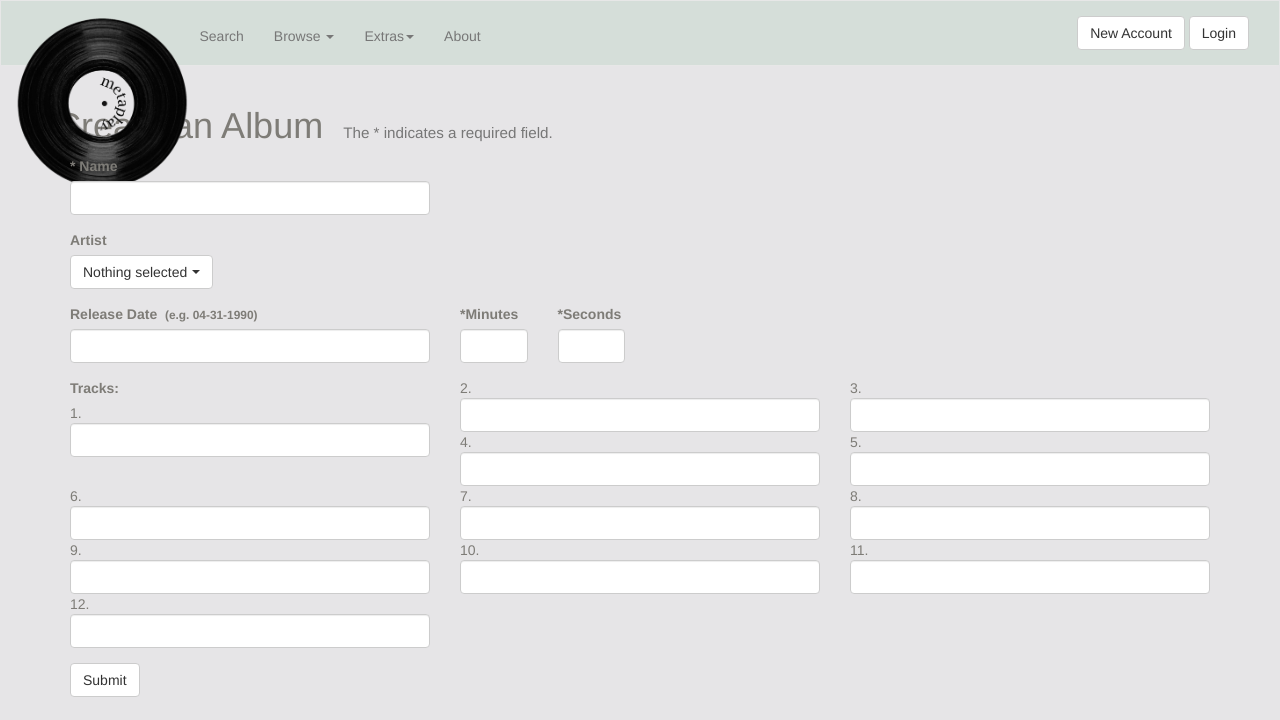
Repository: dRiott/Metaplay
Page: http://localhost/metaplay/WEB-INF/views/album_add.jsp
These files come from the project's save history. The page is drawn as it stood at one moment and after a run of saves; the edit follows.
The browser window is 1280 px wide. The pictures show the whole page.
Some web libraries are served in a nearby version. The page is served by Tomcat 9. Nobody is signed in. Other server files are loaded and not shown. The template is opened directly, without the code that normally fills it, so the values that code supplies are empty.

Above is the page before, as saved 2015-09-29 20:32:09.
Console error: TypeError: Cannot set properties of null (setting 'value')

### metaplay/src/main/webapp/WEB-INF/views/album_add.jsp
<%@ page language="java" contentType="text/html; charset=ISO-8859-1"
	pageEncoding="ISO-8859-1"%>
<%@ taglib uri="http://www.springframework.org/tags" prefix="spring"%>
<%@ taglib uri="http://www.springframework.org/tags/form" prefix="form"%>
<%@ taglib prefix="c" uri="http://java.sun.com/jsp/jstl/core"%>

<!DOCTYPE html>
<html>
<head>
<meta http-equiv="Content-Type" content="text/html; charset=ISO-8859-1">
<title>Album Manager</title>

<link rel="stylesheet" href="https://maxcdn.bootstrapcdn.com/bootstrap/3.3.4/css/bootstrap.min.css">
<link rel="stylesheet" href="<spring:url value="/resources/css/home.css"/>" type="text/css" />
<link rel="stylesheet" href="<spring:url value="/resources/css/bootstrap-select.min.css"/>" type="text/css" />
<script src="https://ajax.googleapis.com/ajax/libs/jquery/1.11.2/jquery.min.js"></script>
<script src="https://maxcdn.bootstrapcdn.com/bootstrap/3.3.4/js/bootstrap.min.js"></script>
<script src="<spring:url value="/resources/js/bootstrap-select.min.js"/>"></script>

</head>
<body>

	<jsp:include page="../views/fragments/landingPageFragment.jsp"></jsp:include>

	<div class="container">

		<div class="row">
			<h1>Create an Album&nbsp&nbsp<small><small>The * indicates a required field.</small></small></h1>
		</div>

		<spring:url value="/album/review" var="thisFormURL" />
		<form:form action="${thisFormURL}" method="post" modelAttribute="createAlbumWrapper" onsubmit="return validate(this);">
		<form:errors path="*" element="div" cssClass="errors"/>
	        	<div class="form-group">
					<div class="row">
						<div class="col-md-4">
							<label for="albumName">* Name</label>
							<form:input type="text" path="name" id="albumName" cssClass="form-control" cssErrorClass="has-error"/>
						</div>
					</div>
					<div class="form-group" style="float:clear;"></div>

						<!-- BEGIN Artist -->
					<div class="row">
						<div class="col-md-1">
							<label for="albumArtistName">Artist</label>
							<form:select path="artistFromList" cssClass="selectpicker" id="albumArtistName" >
								<form:options items="${artistOptions}" />
							</form:select>
						</div>
					</div>
					<div class="form-group" style="float:clear;"></div>
					<div class="form-group" id="newAlbumArtistName" style="display:none;">
						<hr/>
						<label for="newAlbumArtistName" style="font-style:italic;">New Artist:</label>
						<form:input cssClass="form-control" type="text" path="theNewArtist" id="newAlbumArtistNameInput" cssErrorClass="has-error" />
					<div class="form-group" style="float:clear;"></div>
						<label for="newAlbumArtistButton" style="font-style:italic;">Or...</label>
						<a href="<spring:url value="/artist/add"/>" class="btn btn-default">Go To Add Artist Page</a>
						<hr/>
					</div>
					<!-- END Artist -->

					<div class="form-group" style="float:clear;"></div>

					<div class="row">
						<div class="col-md-4">
							<label for="albumReleaseDate">Release Date&nbsp&nbsp<small>(e.g. 04-31-1990)</small></label>
							<form:input path="releaseDate" cssClass="form-control"
								id="albumReleaseDate" />
						</div>

						<div class="col-md-1">
							<label for="albumLengthMinutes">*Minutes</label>
							<form:input path="lengthMinutes" id="albumLengthSeconds"  cssClass="form-control"/>
						</div>

						<div class="col-md-1">
							<label for="albumLengthSeconds">*Seconds</label>
							<form:input path="lengthSeconds" id="albumLengthSeconds" cssClass="form-control"/>
						</div>
					</div>

					<div class="form-group" style="float:clear;"></div>

					<div class="row">
						<div class="col-md-4 showNextTrack">
							<label for="albumTrack">Tracks: </label>
							<span>1. </span>
							<form:input path="tracks[0].name" cssClass="form-control" id="albumTrack1" />
						</div>
						<div class="col-md-4 showNextTrack">
							<span>2. </span>
							<form:input path="tracks[1].name" cssClass="form-control" id="albumTrack2" />
						</div>
						<div class="col-md-4 showNextTrack">
							<span>3. </span>
							<form:input path="tracks[2].name" cssClass="form-control" id="albumTrack3" />
						</div>
						<div class="col-md-4 showNextTrack">
							<span>4. </span>
							<form:input path="tracks[3].name" cssClass="form-control" id="albumTrack4" />
						</div>
						<div class="col-md-4">
							<span>5. </span>
							<form:input path="tracks[4].name" cssClass="form-control" id="albumTrack5" />
						</div>
						<div class="col-md-4">
							<span>6. </span>
							<form:input path="tracks[5].name" cssClass="form-control" id="albumTrack6" />
						</div>
						<div class="col-md-4">
							<span>7. </span>
							<form:input path="tracks[6].name" cssClass="form-control" id="albumTrack7" />
						</div>
						<div class="col-md-4 showNextTrack">
							<span>8. </span>
							<form:input path="tracks[7].name" cssClass="form-control" id="albumTrack8" />
						</div>
						<div class="col-md-4 showNextTrack">
							<span>9. </span>
							<form:input path="tracks[8].name" cssClass="form-control" id="albumTrack9" />
						</div>
						<div class="col-md-4 showNextTrack">
							<span>10. </span>
							<form:input path="tracks[9].name" cssClass="form-control" id="albumTrack10" />
						</div>
						<div class="col-md-4 showNextTrack">
							<span>11. </span>
							<form:input path="tracks[10].name" cssClass="form-control" id="albumTrack11" />
						</div>
						<div class="col-md-4" id="12">
							<span>12. </span>
							<form:input path="tracks[11].name" cssClass="form-control" id="albumTrack12" />
						</div>

						<div class="col-md-4" style="display:none;" id="13">
							<span>13. </span>
							<form:input path="tracks[12].name" cssClass="form-control" id="albumTrack13" />
						</div>
						<div class="col-md-4" style="display:none;" id="14">
							<span>14. </span>
							<form:input path="tracks[13].name" cssClass="form-control" id="albumTrack14" />
						</div>
						<div class="col-md-4" style="display:none;" id="15">
							<span>15. </span>
							<form:input path="tracks[14].name" cssClass="form-control" id="albumTrack15" />
						</div>
						<div class="col-md-4" style="display:none;" id="16">
							<span>16. </span>
							<form:input path="tracks[15].name" cssClass="form-control" id="albumTrack16" />
						</div>
						<div class="col-md-4" style="display:none;" id="17">
							<span>17. </span>
							<form:input path="tracks[16].name" cssClass="form-control" id="albumTrack17" />
						</div>
						<div class="col-md-4" style="display:none;" id="18">
							<span>18. </span>
							<form:input path="tracks[17].name" cssClass="form-control" id="albumTrack18" />
						</div>
						<div class="col-md-4" style="display:none;" id="19">
							<span>19. </span>
							<form:input path="tracks[18].name" cssClass="form-control" id="albumTrack19" />
						</div>
						<div class="col-md-4" style="display:none;" id="20">
							<span>20. </span>
							<form:input path="tracks[19].name" cssClass="form-control" id="albumTrack20" />
						</div>
						<div class="col-md-4" style="display:none;" id="21">
							<span>21. </span>
							<form:input path="tracks[20].name" cssClass="form-control" id="albumTrack21" />
						</div>
						<div class="col-md-4" style="display:none;" id="22">
							<span>22. </span>
							<form:input path="tracks[21].name" cssClass="form-control" id="albumTrack22" />
						</div>
						<div class="col-md-4" style="display:none;" id="23">
							<span>23. </span>
							<form:input path="tracks[22].name" cssClass="form-control" id="albumTrack23" />
						</div>
						<div class="col-md-4" style="display:none;" id="24">
							<span>24. </span>
							<form:input path="tracks[23].name" cssClass="form-control" id="albumTrack24" />
						</div>
						<div class="col-md-4" style="display:none;" id="25">
							<span>25. </span>
							<form:input path="tracks[24].name" cssClass="form-control" id="albumTrack25" />
						</div>
						<div class="col-md-4" style="display:none;" id="26">
							<span>26. </span>
							<form:input path="tracks[25].name" cssClass="form-control" id="albumTrack26" />
						</div>
						<div class="col-md-4" style="display:none;" id="27">
							<span>27. </span>
							<form:input path="tracks[26].name" cssClass="form-control" id="albumTrack27" />
						</div>
						<div class="col-md-4" style="display:none;" id="28">
							<span>28. </span>
							<form:input path="tracks[27].name" cssClass="form-control" id="albumTrack28" />
						</div>
						<div class="col-md-4" style="display:none;" id="29">
							<span>29. </span>
							<form:input path="tracks[28].name" cssClass="form-control" id="albumTrack29" />
						</div>
						<div class="col-md-4" style="display:none;" id="30">
							<span>30. </span>
							<form:input path="tracks[29].name" cssClass="form-control" id="albumTrack30" />
						</div>
					</div>

					<div class="form-group" style="float:clear;"></div>

					<button type="submit" class="btn btn-default">Submit</button>
				</div>
		</form:form>
	</div>

	<script src="<spring:url value="/resources/js/albumAddShowHide.js"/>"></script>

</body>
</html>

### metaplay/src/main/webapp/WEB-INF/views/fragments/landingPageFragment.jsp
<%@ taglib prefix="spring" uri="http://www.springframework.org/tags"%>
<%@ taglib prefix="c" uri="http://java.sun.com/jsp/jstl/core"%>
<%@ taglib uri="http://www.springframework.org/tags/form" prefix="form"%>

<nav class="navbar navbar-default">
	<div class="container-fluid drNavDiv">

		<!-- Logo -->
		<div class="imageLogoDiv" >
			<a class="navbar-brand" href="<spring:url value="/"/>">
				<img class="imageLogo logo" src="<spring:url value="/resources/img/vinylDark.gif" />" id="logo"	alt="logoDark.gif" style="width:auto\9"/>
				<img class="imageLogoLayer logo" src="<spring:url value="/resources/img/vinyl.gif" />" id="logoLightLayer" alt="logoLight.gif" style="width:auto\9"/>
			</a>
		</div>

		<!-- BEGIN HEADER LINKS -->
		<div class="DRnavBarDiv">
			<ul class="nav navbar-nav" style="padding-top: 10px;">

				<!-- Search -->
				<li><a id="searchLink" href="<spring:url value="/search"/>">Search</a></li>

				<!-- Browse -->
				<li class="dropdown"><a href="#" class="dropdown-toggle"
					data-toggle="dropdown" role="button" aria-expanded="false">Browse <span class="caret"></span></a>
					<ul class="dropdown-menu" role="menu">
						<li><a href="<spring:url value="/browse/accounts"/>">Accounts</a></li>
						<li><a href="<spring:url value="/browse/albums"/>">Albums</a></li>
						<li><a href="<spring:url value="/browse/artists"/>">Artists</a></li>
						<li><a href="<spring:url value="/browse/genres"/>">Genres</a></li>
						<li><a href="<spring:url value="/browse/locations"/>">Locations</a></li>
						<li><a href="<spring:url value="/browse/members"/>">Members</a></li>
						<li><a href="<spring:url value="/browse/playlists"/>">Playlists</a></li>
						<li><a href="<spring:url value="/browse/recordlabels"/>">Record Labels</a></li>
						<li><a href="<spring:url value="/browse/tracks"/>">Tracks</a></li>
					</ul>
				</li>

				<!-- More -->
				<li class="dropdown"><a href="#" class="dropdown-toggle"
					data-toggle="dropdown" role="button" aria-expanded="false">Extras<span class="caret"></span></a>
					<ul class="dropdown-menu" role="menu">
						<li><a href="<spring:url value="/payment/process"/>">Payment</a></li>
						<li><a href="<spring:url value="/role/add"/>">Roles</a></li>
					</ul>
				</li>

				<!-- About -->
				<li><a href="<spring:url value="/about"/>">About</a></li>

			</ul>
		</div>

		<!-- Accountname / New Account, Logout -->
		<c:set var="authentication" value="${pageContext.request.userPrincipal}"/>
		<c:choose>
			<c:when test="${authentication!=null}">
				<c:set var="currentUser" value="${authentication.name}"/>
				<c:url var="logoutUrl" value="/logout"/>
				<!-- Form MUST BE A POST TO PROTECT AGAINST CROSS-SITE REQUEST FORGERY -->
				<form:form class="navbar-form pull-right" action="${logoutUrl}" method="post">
					<input type="submit" class="btn btn-default drHeaderButton" value="Logout" />
				</form:form>
				<p class="navbar-text pull-right">
					<c:out value="${currentUser}"/>
				</p>
			</c:when>
			<c:otherwise>
				<p class="navbar-text pull-right">
					<c:url value="/account/add" var="accountAddUrl"/>
					<c:url value="/account/login" var="loginUrl"/>
					<a href="${accountAddUrl}" class="btn btn-default drHeaderButton">New Account</a>
					<a href="${loginUrl}" class="btn btn-default drHeaderButton">Login</a>
				</p>
			</c:otherwise>
		</c:choose>

	</div>
</nav>

### metaplay/src/main/webapp/resources/css/home.css
/**
The padding for the main containers are all set with javascript in footer.js based on the position of the Search nav item.
*/

html {
    /*prevents horizontal scrolling*/
    max-width: 100%;
    overflow-x: hidden;
}

body {
	background: #e6e5e7 fixed bottom right no-repeat;
	background-size: 500px Auto;
	font-family: Helvetica Neue, Helvetica, Arial, sans-serif;
    color: #7E7C77;

    /*prevents horizontal scrolling*/
    max-width: 100%;
    overflow-x: hidden;
}

audio {
    background-color: #EEEEEE;
}

/* hr elements appear on browsing pages, and occasionally add pages. */
hr {
    margin-left:0;
    width: 40%;
}

/* styling of the anchor tags */
a {
  text-decoration: inherit;
  font-style: inherit;
  color: #6c9985;
}

a:hover {
 text-decoration: underline;
 color: #618975;
}

/* a:visited {
	border: none;
	text-decoration: none;
	font-style: normal;
	color: #FC9D9A;
} */

/* e.g. on about.jsp */
a.mono {
    font-family: monospace, sans-serif;
    font-style: italic;
}

/* any input box -- set to change the shadow and border */
.form-control:focus {
  border-color: #99B2B7;
  box-shadow: inset 0 1px 1px rgba(0, 0, 0, 0.075), 0 0 8px rgba(153,178,183, 0.6);
}

/* h1 at the top of almost every page. */
.dH1 {
    font-family: Helvetica Neue, Helvetica, Arial, sans-serif;
    font-style: italic;
    color: #7E7C77;
    /* slategray; Pachyderm by Yasmino: #7A6A53 */
}

.drHeaderButton {
	/* css for the buttons in the header navbar*/
}

/* header nav bar! */
.drNavDiv {
	/*
	dark grey blue: C5E0DC
	grey green: #D5DED9
	bond: #D5DED9
	current fave: #C5E0DC
	*/
	background-color:#D5DED9;
	color: #948C75;
}

/* used for notifying the user of certain privileges they don't have if they're not logged in or have the right role. */
.drSecurity {
    font-family: monospace, sans-serif;
    font-style: italic;
    color: #7E7C77;
}


/* any span used for slight horizontal spacing */
.dSpan {
    padding-left: 10px;
}

/* spacing to clear left of the logo */
.DRnavBarDiv{
	padding-left: 13.5%;
}

/* div containing the logo */
.imageLogoDiv{
	display:block;
	clear:right;
}

/* logo itself: under-layer */
.imageLogo {
	width:13.5%;
	max-width:180px;
	position: absolute;
    clear: both;
   	height:auto;

    /* Spin only the record, not the glossy logoLayer.*/
	-webkit-animation:spin 4s linear infinite;
    -moz-animation:spin 4s linear infinite;
    animation:spin 4s linear infinite;
}

/* Spin the Logo! */
@-moz-keyframes spin { 100% { -moz-transform: rotate(360deg); } }
@-webkit-keyframes spin { 100% { -webkit-transform: rotate(360deg); } }
@keyframes spin { 100% { -webkit-transform: rotate(360deg); transform:rotate(360deg); } }

/* the lighter logo layer on top of the logo*/
.imageLogoLayer {
	width:13.5%;
	opacity: .4;
	max-width:180px;
    position: absolute;
    clear: both;
   	height:auto;
}

/* This class is added to tables that I wanted to not take up all of the page. Now, they look nicer. */
.browseTable {
	width: 80%;
}

/* This handles the ?error url param for incorrect account/password combinations,
	 and also #messageDiv on the single_playlist.jsp */
.error {
    font-family: monospace, sans-serif;
    font-style: italic;
    padding: 15px;
    margin-bottom: 20px;
    border: #ebccd1 1px solid;
    border-radius: 4px;
    color: #E08E79;
    background-color: #f2dede;
}

/* This handles the ?logout url param for the index page,
	and also #messageDiv on the single_playlist.jsp */
.msg {
	margin-left: 15px;
	padding: 15px;
	border: #b3bcba 1px solid;
	border-radius: 4px;
	color: #7E7C77;
	background-color: #D5DED9;
}

/* this class is added to the body of pages that need to have their positioning changed on page load.
	they are first repositioned as invisible to the page, then they are revealed (this class is removed) */
.delayedReveal {
    visibility: hidden;
}

/* override the default hightlight color */
::selection {
  background: #ffb7b7; /* WebKit/Blink Browsers */
}
::-moz-selection {
  background: #ffb7b7; /* Gecko Browsers */
}

### metaplay/src/main/webapp/resources/js/albumAddShowHide.js

$(document).ready(function () {

	//Artist Options "Other" Box Hide/Unhide
	var selectOtherAR = $("#albumArtistName");
	selectOtherAR.change(function(){
		var inputBoxAR = $("#newAlbumArtistName");
		var artistAddButton = $("#newAlbumArtistAddButton");
		if(selectOtherAR.val()=="** New Artist **") {
			inputBoxAR.show();
			artistAddButton.show();
		} else {
			inputBoxAR.hide();
			artistAddButton.hide();
		}
	});

	// new record label show/hide
	var selectOtherRL = $("#recordLabelName");
	selectOtherRL.change(function(){
		var inputBoxRL = $("#newRecordLabelName");
		var recordLabelLocationDiv = $("#newRecordLabelLocation");
		var hr1 = $("#recordLabelHr1");
		var hr2 = $("#recordLabelHr2");
		var newCountryDiv = $("#newCountryDiv");

		if(selectOtherRL.val()=="** New Record Label **") {
			inputBoxRL.show();
			recordLabelLocationDiv.show();
			hr1.show();
			hr2.show();
			newCountryDiv.show();
		} else {
			inputBoxRL.hide();
			recordLabelLocationDiv.hide();
			hr1.hide();
			hr2.hide();
			newCountryDiv.hide();
		}
	}); //end record label on change

	var rlCountries = $("#rlCountries");
	if(rlCountries.val()=="** New Country **") {
		console.log("new country");

	}

	rlCountries.change(function() {
		var newCountry = $("#rlCountry");
		var rlState = $("#rlState");
		var city = $("#recordLabelCity");

		if(rlCountries.val()=="United States") {
			rlState.show();
			newCountry.hide();
			city.attr("placeholder", "Birmingham");
		} else if (rlCountries.val()=="** New Country **") {
			city.focus();
			city.blur(function () {
				newCountry.focus()
			})

			rlState.hide();
			newCountry.attr("placeholder", "England");
			newCountry.show();
			city.attr("placeholder", "London");
		} else {
			rlState.hide();
			newCountry.hide();
		}
	});


	//gets rid of the Album Length zeros on load
	$("#albumMinutes").val("");
	$("#albumSeconds").val("");

	//gets rid of the zeros on load
	for(var i = 1; i<31; i++){
		var minutesId = "minutes" + i;
		var minutes = document.getElementById(minutesId);
		minutes.value = "";
		var secondsId = "seconds" + i;
		var seconds = document.getElementById(secondsId);
		seconds.value = "";
		var bpmId = "bpm" + i;
		var bpm = document.getElementById(bpmId);
		bpm.value = "";
	}

}); // end document.ready

//repopulates the zeros to prevent number format error
function ensureVoidsAreZeroes() {
	var bpms = $(".bpm");
	for(var i = 1; i<31; i++){
		var minutesId = "minutes" + i;
		var minutes = document.getElementById(minutesId);
		if(minutes.value == "") {
			minutes.value = 0;
		};
		var secondsId = "seconds" + i;
		var seconds = document.getElementById(secondsId);
		if(seconds.value == "") {
			seconds.value = 0;
		};
		var bpmId = "bpm" + i;
		var bpm = document.getElementById(bpmId);
		if(bpm.value == "") {
			bpm.value = 0;
		};
	}

	var albumMinutes = document.getElementById("albumMinutes");
	if(albumMinutes.value == "") {
		albumMinutes.value = 0;
	};
	var albumSeconds = document.getElementById("albumSeconds");
	if(albumSeconds.value == "") {
		albumSeconds.value = 0;
	};
}

//scrolls the window down as a new track is shown.
function reveal(id) {
	id += 1;
	element = document.getElementById(id);
	element.style.display="inline";
	if(id>2) {
//		window.scrollTo(0,document.body.scrollHeight);
		scrollToElement(element, 1000);
	}
}

var scrollToElement = function(element, ms){
    var speed = (ms) ? ms : 600;
    $('html,body').animate({
        scrollTop: $(element).offset().top
    }, speed);
}

// specify id of element and optional scroll speed as arguments

Loaded but not shown: metaplay/src/main/webapp/resources/css/bootstrap-select.min.css (library); metaplay/src/main/webapp/resources/js/bootstrap-select.min.js (library)

After the next 2 saves:
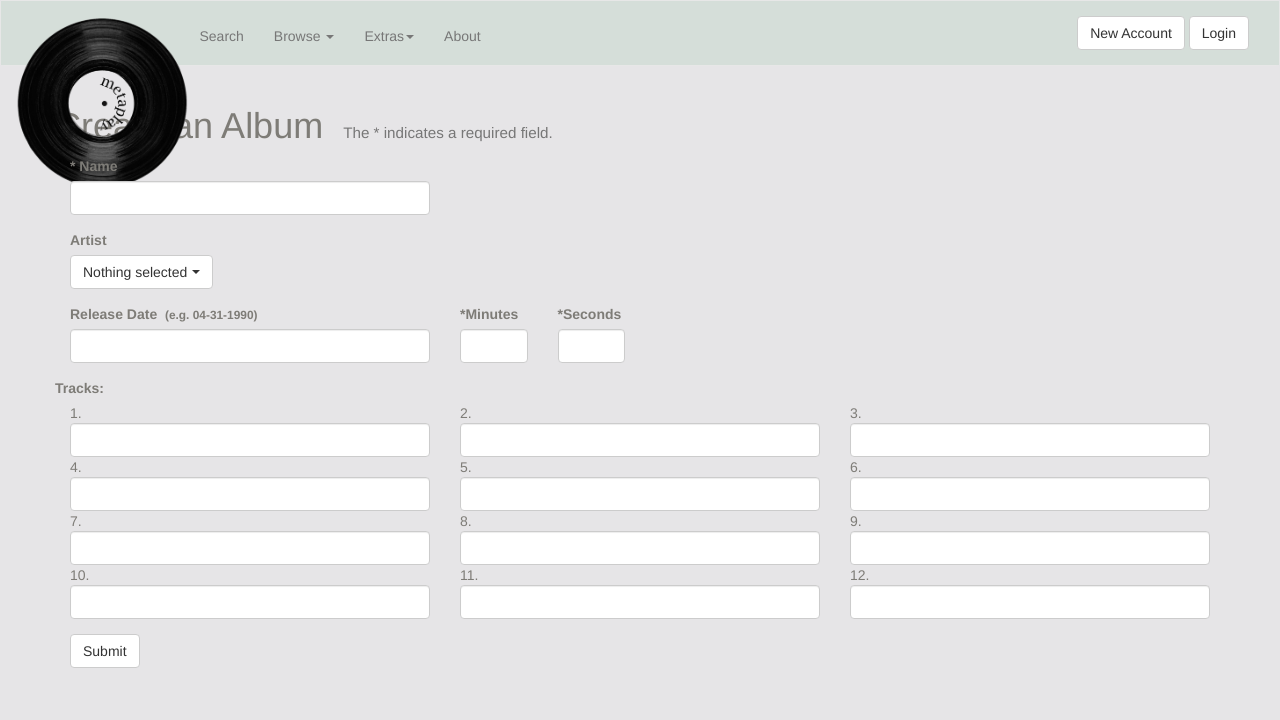
The 2 saves are shown as one change because they came seconds apart.
The last was saved 2 min 12 s later.
--- a/metaplay/src/main/webapp/WEB-INF/views/album_add.jsp
+++ b/metaplay/src/main/webapp/WEB-INF/views/album_add.jsp
@@ -84,8 +84,8 @@
 					<div class="form-group" style="float:clear;"></div>
 
 					<div class="row">
-						<div class="col-md-4 showNextTrack">
-							<label for="albumTrack">Tracks: </label>
+						<label for="albumTrack">Tracks: </label>
+						<div class="col-md-4 showNextTrack">
 							<span>1. </span>
 							<form:input path="tracks[0].name" cssClass="form-control" id="albumTrack1" />
 						</div>
